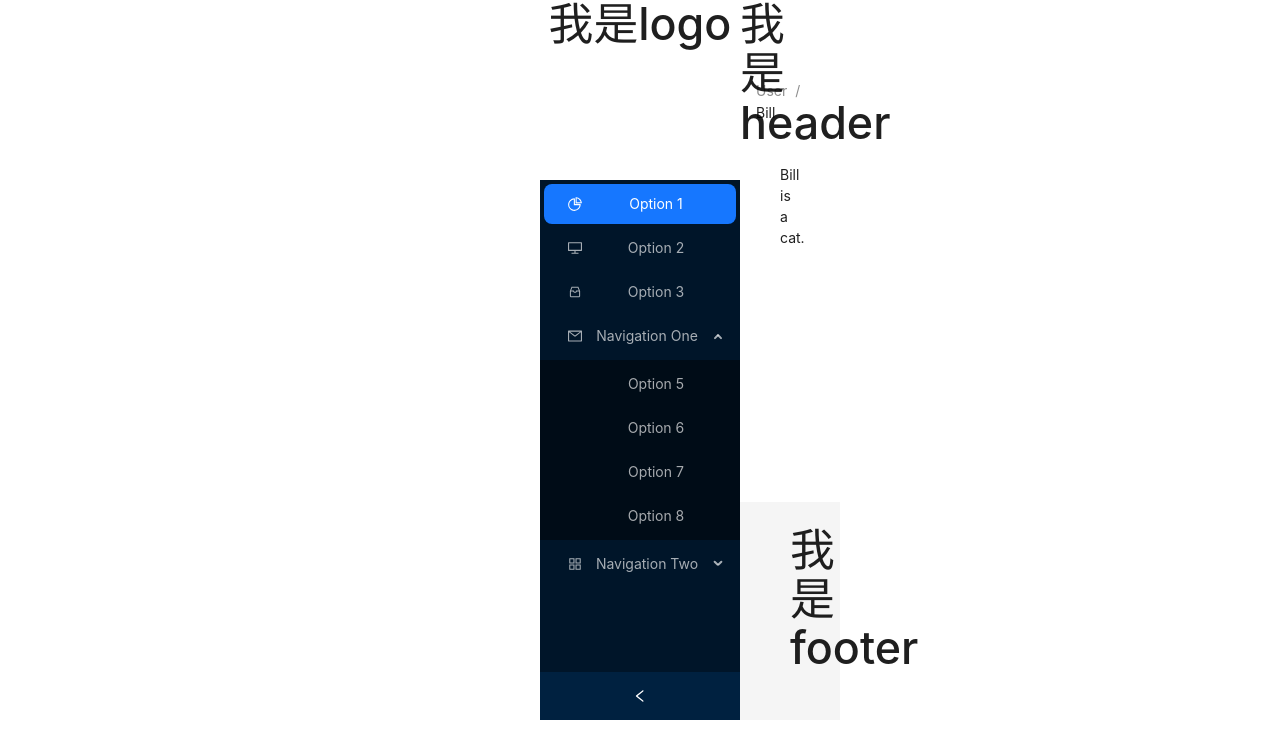
Repository: chenyl8848/chen-tool-collection
Page: /
An editor plug-in stored every save of this project. The page is shown before and after the next save, followed by the edit.
The browser window is 1280 px wide. The pictures show the whole page.
The project was rebuilt for these pictures with package versions that can differ from the ones it lists, and the page was loaded fresh each time. Also part of the build but not shown: vite.config.ts, src/components/HelloWorld.vue.

Above is the page before, as saved 2024-01-09 10:54:53.

### src/main.ts
import { createApp } from 'vue'
import './style.css'

// import Antd from 'ant-design-vue';
import 'ant-design-vue/dist/reset.css';

import App from './App.vue'

const app = createApp(App)

// app.use(Antd)

app.mount('#app')

### src/App.vue
<script setup lang="ts">
import Layout from '@/layout/index.vue';
</script>

<template>
  <div>
    <Layout></Layout>
  </div>
</template>

<style scoped>
</style>

### src/layout/index.vue
<script lang="ts" setup>
import Logo from '@/layout/siderbar/logo/index.vue'
import Menu from '@/layout/siderbar/menu/index.vue'
import Header from '@/layout/header/index.vue'
import Footer from '@/layout/footer/index.vue'
import Content from '@/layout/content/index.vue'
</script>

<template>
    <a-layout style="min-height: 100vh;background: #fff;">
        <a-layout-sider v-model:collapsed="collapsed" collapsible>
            <div class="logo">
                <Logo></Logo>
            </div>
            <div class="menu">
                <Menu></Menu>
            </div>
        </a-layout-sider>
        <a-layout>
            <a-layout-header style="background: #fff; padding: 0">
                <Header></Header>
            </a-layout-header>
            <a-layout-content style="margin: 0 16px">
                <a-breadcrumb style="margin: 16px 0">
                    <a-breadcrumb-item>User</a-breadcrumb-item>
                    <a-breadcrumb-item>Bill</a-breadcrumb-item>
                </a-breadcrumb>
                <div :style="{ padding: '24px', background: '#fff', minHeight: '360px' }">
                    Bill is a cat.
                </div>
            </a-layout-content>
            <a-layout-footer style="text-align: center">
                <Footer></Footer>
            </a-layout-footer>
        </a-layout>
    </a-layout>
</template>

<style scoped>
.logo {
    height: 180px;
    background: white;
}
</style>

### src/layout/siderbar/logo/index.vue
<script lang="ts" setup>

</script>

<template>
  <div>
    <h1>我是logo</h1>
  </div>
</template>

### src/layout/siderbar/menu/index.vue
<template>
    <div>
      <a-menu
        v-model:openKeys="state.openKeys"
        v-model:selectedKeys="state.selectedKeys"
        mode="inline"
        theme="dark"
        :inline-collapsed="state.collapsed"
        :items="items"
      ></a-menu>
    </div>
  </template>
  <script lang="ts" setup>
  import { reactive, watch, h } from 'vue';
  import {
    MenuFoldOutlined,
    MenuUnfoldOutlined,
    PieChartOutlined,
    MailOutlined,
    DesktopOutlined,
    InboxOutlined,
    AppstoreOutlined,
  } from '@ant-design/icons-vue';
  const state = reactive({
    collapsed: false,
    selectedKeys: ['1'],
    openKeys: ['sub1'],
    preOpenKeys: ['sub1'],
  });
  const items = reactive([
    {
      key: '1',
      icon: () => h(PieChartOutlined),
      label: 'Option 1',
      title: 'Option 1',
    },
    {
      key: '2',
      icon: () => h(DesktopOutlined),
      label: 'Option 2',
      title: 'Option 2',
    },
    {
      key: '3',
      icon: () => h(InboxOutlined),
      label: 'Option 3',
      title: 'Option 3',
    },
    {
      key: 'sub1',
      icon: () => h(MailOutlined),
      label: 'Navigation One',
      title: 'Navigation One',
      children: [
        {
          key: '5',
          label: 'Option 5',
          title: 'Option 5',
        },
        {
          key: '6',
          label: 'Option 6',
          title: 'Option 6',
        },
        {
          key: '7',
          label: 'Option 7',
          title: 'Option 7',
        },
        {
          key: '8',
          label: 'Option 8',
          title: 'Option 8',
        },
      ],
    },
    {
      key: 'sub2',
      icon: () => h(AppstoreOutlined),
      label: 'Navigation Two',
      title: 'Navigation Two',
      children: [
        {
          key: '9',
          label: 'Option 9',
          title: 'Option 9',
        },
        {
          key: '10',
          label: 'Option 10',
          title: 'Option 10',
        },
        {
          key: 'sub3',
          label: 'Submenu',
          title: 'Submenu',
          children: [
            {
              key: '11',
              label: 'Option 11',
              title: 'Option 11',
            },
            {
              key: '12',
              label: 'Option 12',
              title: 'Option 12',
            },
          ],
        },
      ],
    },
  ]);
  watch(
    () => state.openKeys,
    (_val, oldVal) => {
      state.preOpenKeys = oldVal;
    },
  );
  const toggleCollapsed = () => {
    state.collapsed = !state.collapsed;
    state.openKeys = state.collapsed ? [] : state.preOpenKeys;
  };
  </script>

### src/layout/header/index.vue
<script lang="ts" setup>

</script>

<template>
  <div>
    <h1>我是header</h1>
  </div>
</template>

### src/layout/footer/index.vue
<script lang="ts" setup>

</script>

<template>
  <div>
    <h1>我是footer</h1>
  </div>
</template>

### src/layout/content/index.vue
<script lang="ts" setup>

</script>

<template>
  <div>
    <h1>我是content</h1>
  </div>
</template>

Loaded but not shown: index.html (common file); src/style.css (common file)

After the next save:
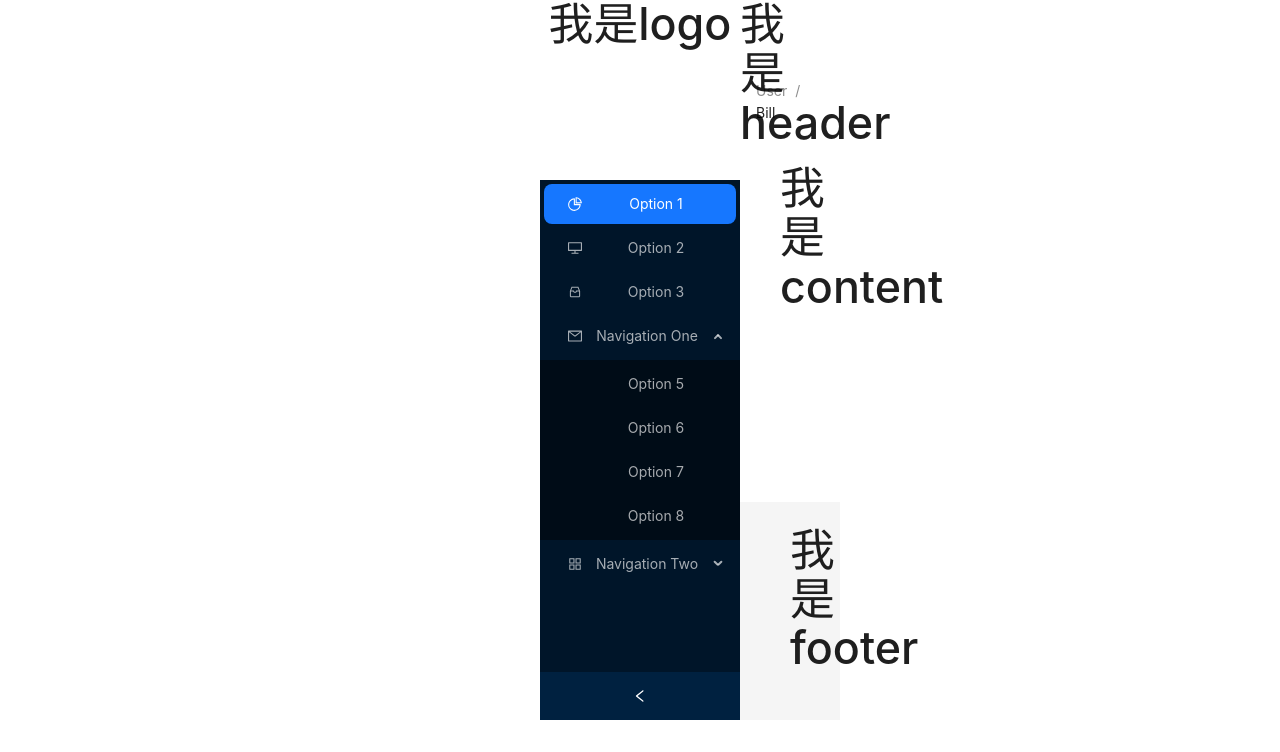
Saved 9 s later.
--- a/src/layout/index.vue
+++ b/src/layout/index.vue
@@ -26,7 +26,7 @@
                     <a-breadcrumb-item>Bill</a-breadcrumb-item>
                 </a-breadcrumb>
                 <div :style="{ padding: '24px', background: '#fff', minHeight: '360px' }">
-                    Bill is a cat.
+                    <Content></Content>
                 </div>
             </a-layout-content>
             <a-layout-footer style="text-align: center">
